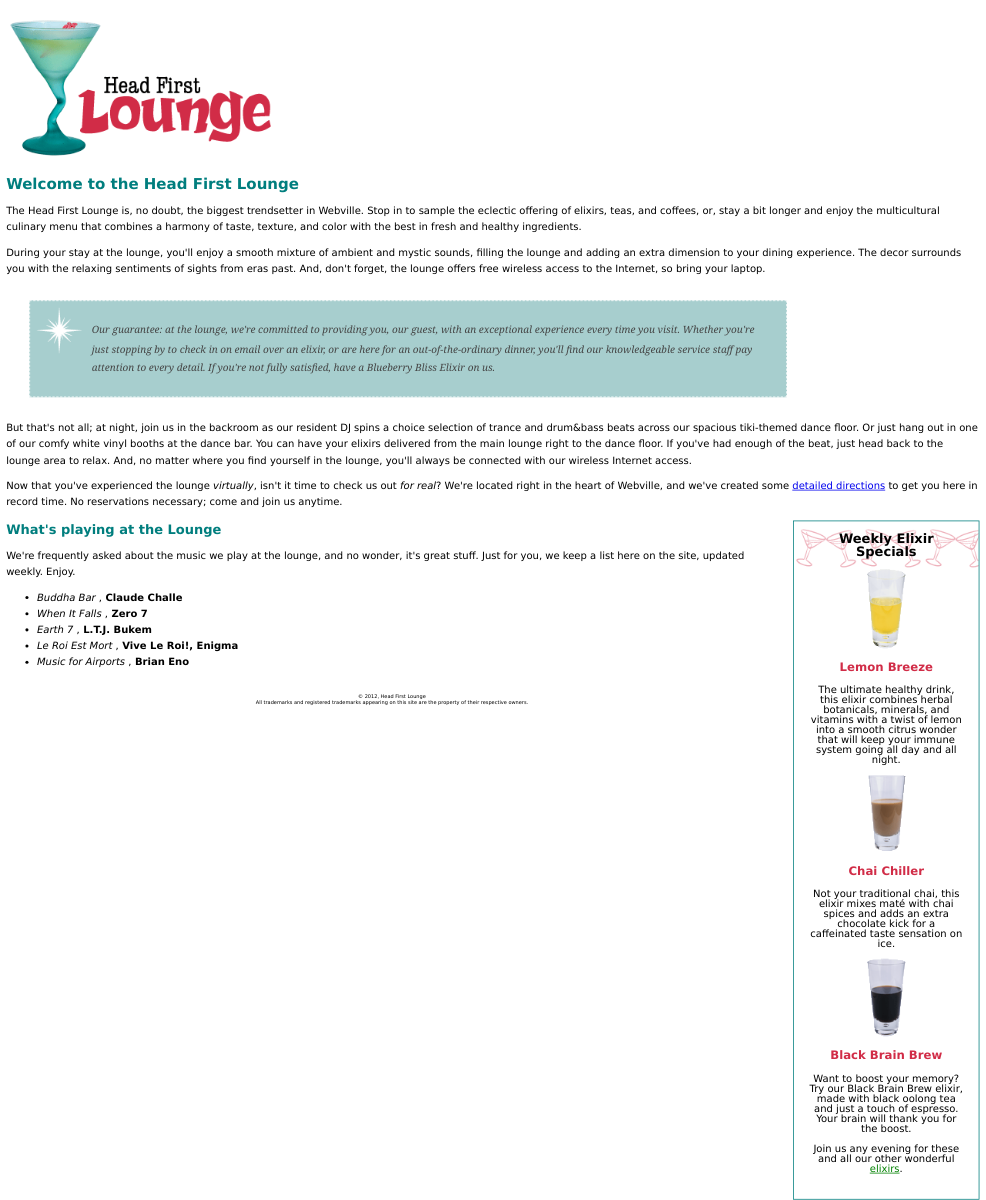
Repository: Dearning/head-first-html-css
Page: chapter10/lounge/lounge.html
The author's editor kept a copy of each file at every save. The page is drawn from the files as they stood at one save, then again after the next save.
The browser window is 1280 px wide. The pictures show the whole page, at 77% of full size.

Above is the page before, as saved 2021-09-21 19:34:59.

### chapter10/lounge/lounge.html
<!DOCTYPE html>
<html>
  <head>
    <meta charset="utf-8">
    <title>Head First Lounge</title>
    <link type="text/css" rel="stylesheet" href="lounge.css" media="screen">
  </head>
  <body>
    <p><img src="images/logo.gif" alt="Head First Lounge"></p>



    <h1>Welcome to the Head First Lounge</h1>
    <p>
      The Head First Lounge is, no doubt, the biggest trendsetter in Webville.
      Stop in to sample the eclectic offering of elixirs, teas, and coffees,
      or, stay a bit longer and enjoy the multicultural culinary menu that
      combines a harmony of taste, texture, and color with the best in fresh
      and healthy ingredients.
    </p>

    <p>
      During your stay at the lounge, you'll enjoy a smooth mixture of
      ambient and mystic sounds, filling the lounge and adding an extra dimension
      to your dining experience. The decor surrounds you with the relaxing sentiments
      of sights from eras past. And, don't forget, the lounge offers free wireless
      access to the Internet, so bring your laptop.
    </p>

    <p id="guarantee">
      Our guarantee: at the lounge, we're committed to providing you,
      our guest, with an exceptional experience every time you visit.
      Whether you're just stopping by to check in on email over an
      elixir, or are here for an out-of-the-ordinary dinner, you'll
      find our knowledgeable service staff pay attention to every detail.
      If you're not fully satisfied, have a Blueberry Bliss Elixir on us.
    </p>

    <p>
      But that's not all; at night, join us in the backroom as our resident
      DJ spins a choice selection of trance and drum&amp;bass beats across
      our spacious tiki-themed dance floor. Or just hang out in one of our
      comfy white vinyl booths at the dance bar. You can have your elixirs
      delivered from the main lounge right to the dance floor. If you've
      had enough of the beat, just head back to the lounge area to relax.
      And, no matter where you find yourself in the lounge, you'll always be
      connected with our wireless Internet access.
    </p>

    <p>
      Now that you've experienced the lounge <em>virtually</em>, isn't
      it time to check us out <em>for real</em>? We're located right
      in the heart of Webville, and we've created some
      <a href="about/directions.html"
         title="Detailed Directions to the Lounge">detailed directions</a>
      to get you here in record time. No reservations necessary;
      come and join us anytime.
    </p>

    <div id = "elixirs">
      <h2>Weekly Elixir Specials</h2>
      <p>
        <img src="images/yellow.gif" alt="Lemon Breeze Elixir">
      </p>
      <h3>Lemon Breeze</h3>
      <p>
        The ultimate healthy drink, this elixir combines
        herbal botanicals, minerals, and vitamins with
        a twist of lemon into a smooth citrus wonder
        that will keep your immune system going all
        day and all night.
      </p>

      <p>
        <img src="images/chai.gif" alt="Chai Chiller Elixir">
      </p>
      <h3>Chai Chiller</h3>
      <p>
        Not your traditional chai, this elixir mixes mat&eacute;
        with chai spices and adds an extra chocolate kick for
        a caffeinated taste sensation on ice.
      </p>

      <p>
        <img src="images/black.gif" alt="Black Brain Brew Elixir">
      </p>
      <h3>Black Brain Brew</h3>
      <p>
        Want to boost your memory?  Try our Black Brain Brew
        elixir, made with black oolong tea and just a touch
        of espresso.  Your brain will thank you for the boost.
      </p>

      <p>
        Join us any evening for these and all our
        other wonderful
        <a href="beverages/elixir.html"
          title="Head First Lounge Elixirs">elixirs</a>.
      </p>
    </div>

    <h2>What's playing at the Lounge</h2>
    <p>
      We're frequently asked about the music we play at the lounge, and no wonder,
      it's great stuff. Just for you, we keep a list here on the site, updated weekly.
      Enjoy.
    </p>
    <ul>
      <li><span class="cd">Buddha Bar</span> ,<span class="artist"> Claude Challe</span></li>
      <li><span class="cd">When It Falls</span> ,<span class="artist"> Zero 7</span></li>
      <li><span class="cd">Earth 7</span> ,<span class="artist"> L.T.J. Bukem</span></li>
      <li><span class="cd">Le Roi Est Mort</span> ,<span class="artist"> Vive Le Roi!, Enigma</span></li>
      <li><span class="cd">Music for Airports</span> ,<span class="artist"> Brian Eno</span></li>
    </ul>



    <div id="footerDiv">
      <p id="footer">
        &copy; 2012, Head First Lounge<br>
        All trademarks and registered trademarks appearing on this site are
        the property of their respective owners.
      </p>
    </div>

  </body>
</html>

### chapter10/lounge/lounge.css
body {
  font-size:           small;
  font-family:         Verdana, Helvetica, Arial, sans-serif;
  line-height:         1.6em;
}

h1, h2 {
  color:               #007e7e;
}

h1 {
  font-size:           150%;
}

h2 {
  font-size:           130%;
}
#elixirs{
  border-width: thin;
  border-style: solid;
  border-color: #007e7e;
  width: 200px;
  padding-left: 20px;
  padding-right: 20px;
  padding-bottom: 20px;

  margin-left: 20px;
  text-align: center;
  background-image: url(images/cocktail.gif);
  background-repeat: repeat-x;

  line-height: 1;
  float: right;
}
#elixirs h2{
  color: black;
}
#elixirs h3{
  color: #d12c47;
}
#footerDiv{
  font-size:  50%;
  text-align: center;
  line-height: normal;
  margin-top: 30px;
}
.cd{
  font-style: italic;
}
.artist{
  font-weight: bold;
}
/* a:link{
  color:green;
}
a:visited{
  color:red;
}
a:hover{
  color: yellow;
} */
#elixirs a:link{
  color:green;
}
#elixirs a:visited{
  color:red;
}
#elixirs a:hover{
  background: #f88396;
  color: #0d5353;
}
#guarantee {
  line-height:         1.9em;
  font-style:          italic;
  font-family:         Georgia, "Times New Roman", Times, serif;
  color:               #444444;
  border-color:        white;
  border-width:        1px;
  border-style:        dashed;
  background-color:    #a7cece;
  padding:             25px;
  padding-left:        80px;
  margin:              30px;
  margin-right:        250px;
  background-image:    url(images/background.gif);
  background-repeat:   no-repeat;
  background-position: top left;
}

After the next save:
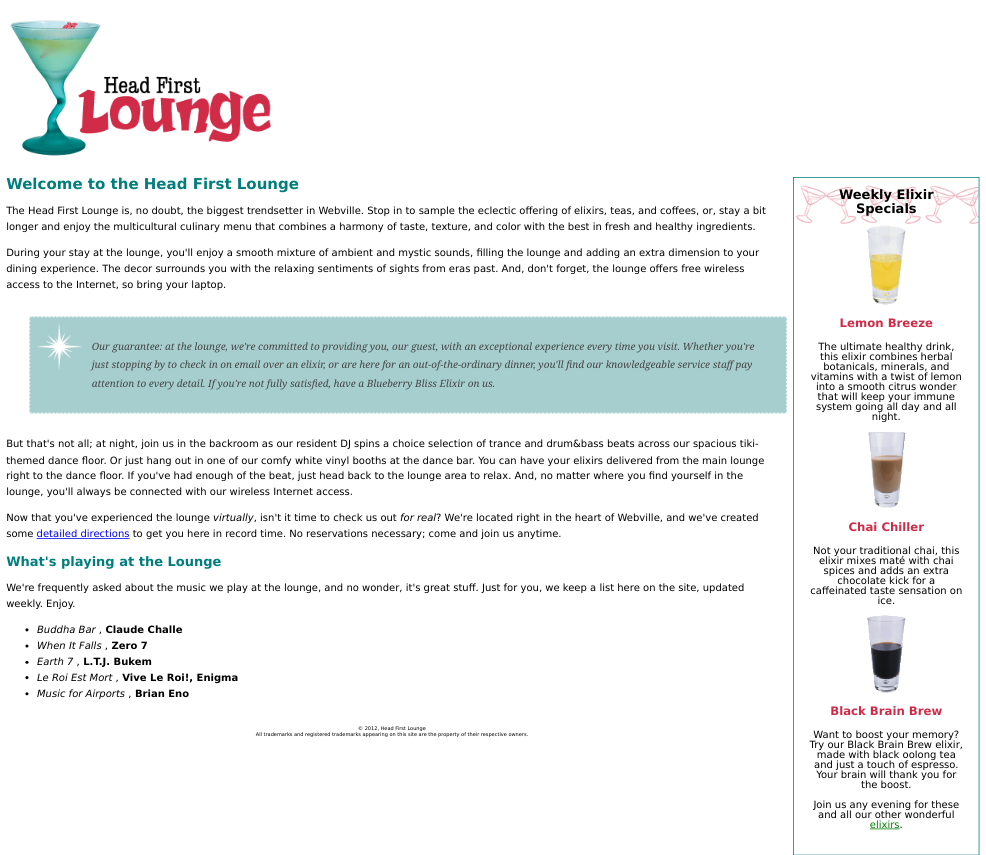
Saved 9 s later.
--- a/chapter10/lounge/lounge.html
+++ b/chapter10/lounge/lounge.html
@@ -8,7 +8,47 @@
   <body>
     <p><img src="images/logo.gif" alt="Head First Lounge"></p>
 
+    <div id = "elixirs">
+      <h2>Weekly Elixir Specials</h2>
+      <p>
+        <img src="images/yellow.gif" alt="Lemon Breeze Elixir">
+      </p>
+      <h3>Lemon Breeze</h3>
+      <p>
+        The ultimate healthy drink, this elixir combines
+        herbal botanicals, minerals, and vitamins with
+        a twist of lemon into a smooth citrus wonder
+        that will keep your immune system going all
+        day and all night.
+      </p>
 
+      <p>
+        <img src="images/chai.gif" alt="Chai Chiller Elixir">
+      </p>
+      <h3>Chai Chiller</h3>
+      <p>
+        Not your traditional chai, this elixir mixes mat&eacute;
+        with chai spices and adds an extra chocolate kick for
+        a caffeinated taste sensation on ice.
+      </p>
+
+      <p>
+        <img src="images/black.gif" alt="Black Brain Brew Elixir">
+      </p>
+      <h3>Black Brain Brew</h3>
+      <p>
+        Want to boost your memory?  Try our Black Brain Brew
+        elixir, made with black oolong tea and just a touch
+        of espresso.  Your brain will thank you for the boost.
+      </p>
+
+      <p>
+        Join us any evening for these and all our
+        other wonderful
+        <a href="beverages/elixir.html"
+          title="Head First Lounge Elixirs">elixirs</a>.
+      </p>
+    </div>
 
     <h1>Welcome to the Head First Lounge</h1>
     <p>
@@ -57,47 +97,7 @@
       come and join us anytime.
     </p>
 
-    <div id = "elixirs">
-      <h2>Weekly Elixir Specials</h2>
-      <p>
-        <img src="images/yellow.gif" alt="Lemon Breeze Elixir">
-      </p>
-      <h3>Lemon Breeze</h3>
-      <p>
-        The ultimate healthy drink, this elixir combines
-        herbal botanicals, minerals, and vitamins with
-        a twist of lemon into a smooth citrus wonder
-        that will keep your immune system going all
-        day and all night.
-      </p>
 
-      <p>
-        <img src="images/chai.gif" alt="Chai Chiller Elixir">
-      </p>
-      <h3>Chai Chiller</h3>
-      <p>
-        Not your traditional chai, this elixir mixes mat&eacute;
-        with chai spices and adds an extra chocolate kick for
-        a caffeinated taste sensation on ice.
-      </p>
-
-      <p>
-        <img src="images/black.gif" alt="Black Brain Brew Elixir">
-      </p>
-      <h3>Black Brain Brew</h3>
-      <p>
-        Want to boost your memory?  Try our Black Brain Brew
-        elixir, made with black oolong tea and just a touch
-        of espresso.  Your brain will thank you for the boost.
-      </p>
-
-      <p>
-        Join us any evening for these and all our
-        other wonderful
-        <a href="beverages/elixir.html"
-          title="Head First Lounge Elixirs">elixirs</a>.
-      </p>
-    </div>
 
     <h2>What's playing at the Lounge</h2>
     <p>
@@ -112,9 +112,6 @@
       <li><span class="cd">Le Roi Est Mort</span> ,<span class="artist"> Vive Le Roi!, Enigma</span></li>
       <li><span class="cd">Music for Airports</span> ,<span class="artist"> Brian Eno</span></li>
     </ul>
-
-
-
     <div id="footerDiv">
       <p id="footer">
         &copy; 2012, Head First Lounge<br>
